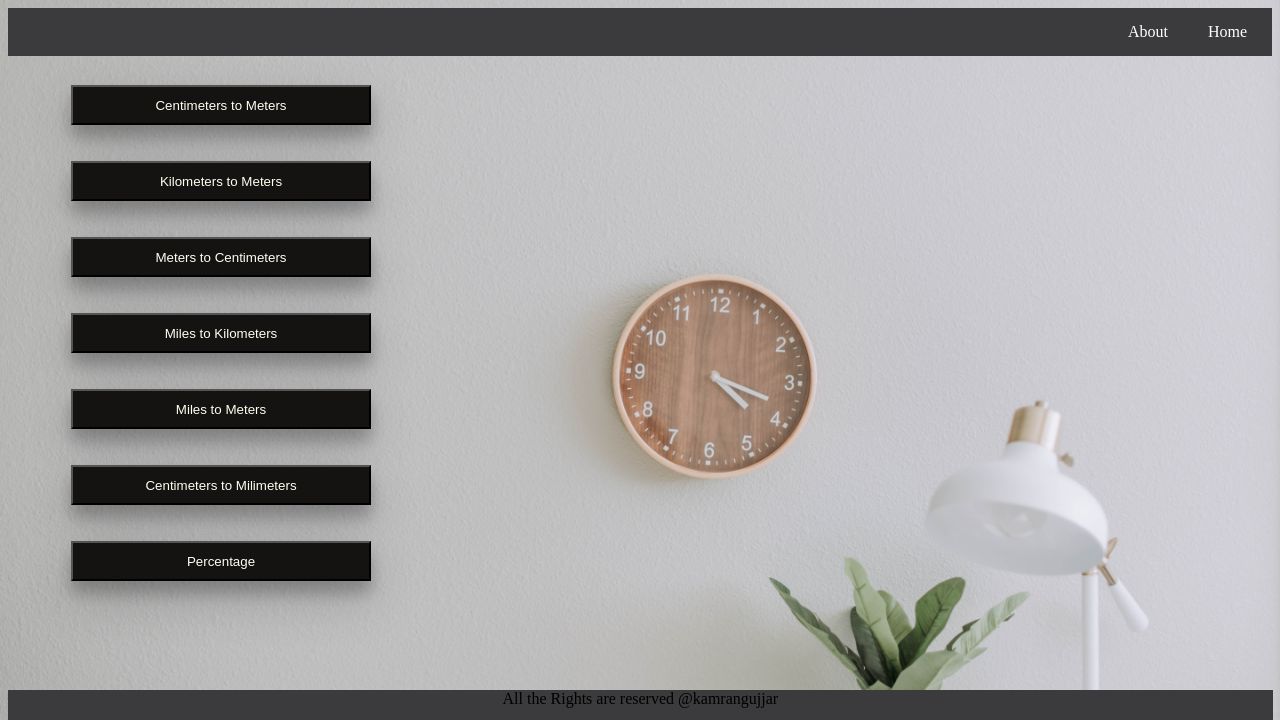
Repository: Kamrangujjar85112/Length-Converter
Page: html/home.html
The author's editor kept a copy of each file at every save. The page is drawn from the files as they stood at one save, then again after the next save.
The browser window is 1280 px wide. The pictures show the whole page.

Above is the page before, as saved 2022-01-21 05:34:19.

After the next save:
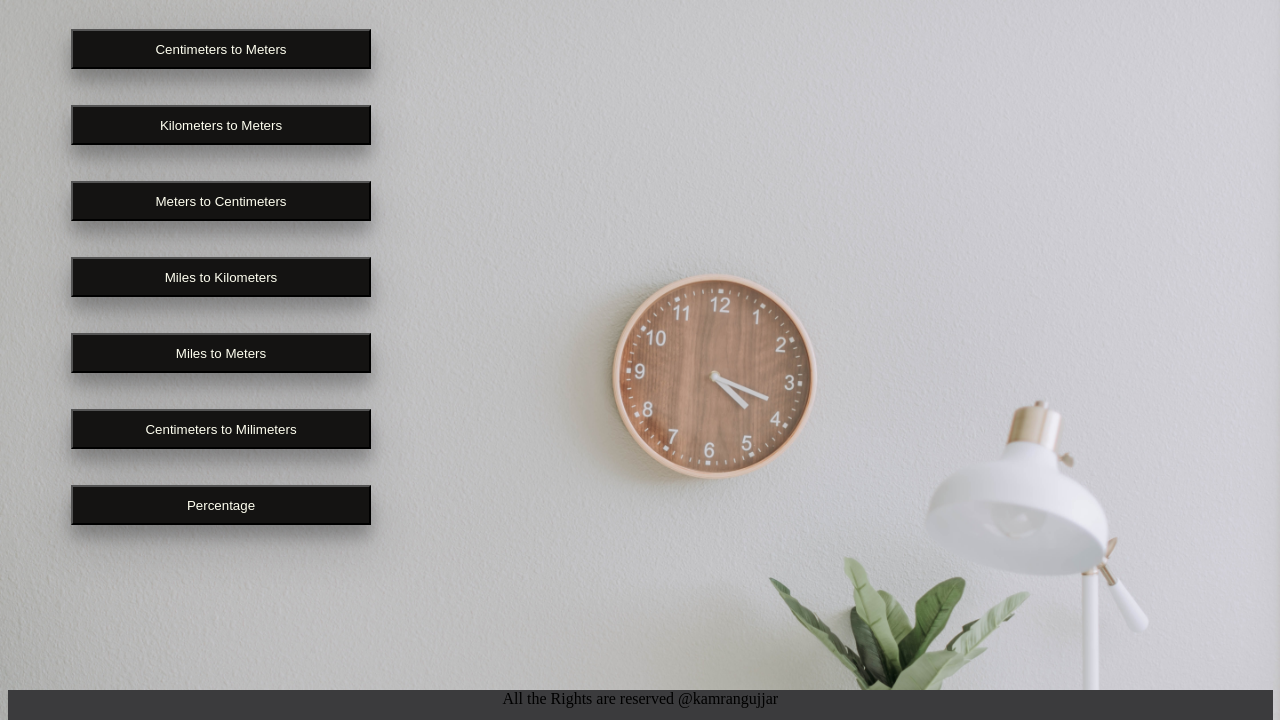
Saved 36 s later.
--- a/html/home.html
+++ b/html/home.html
@@ -12,14 +12,6 @@
 <body>
 
    <div class="container ">
-        <div class="header">
-            <nav>
-                <ul class="nav-ul">
-                    <li class="nav-li"><a href="home.html">Home</a></li>
-                    <li class="nav-li"><a href="about.html">About</a></li>
-                </ul>
-            </nav>
-        </div>
             <ul>
                 <li class="link">
                     <a href="cm_km.html"><button>Centimeters to Meters</button></a>

After the save that followed:
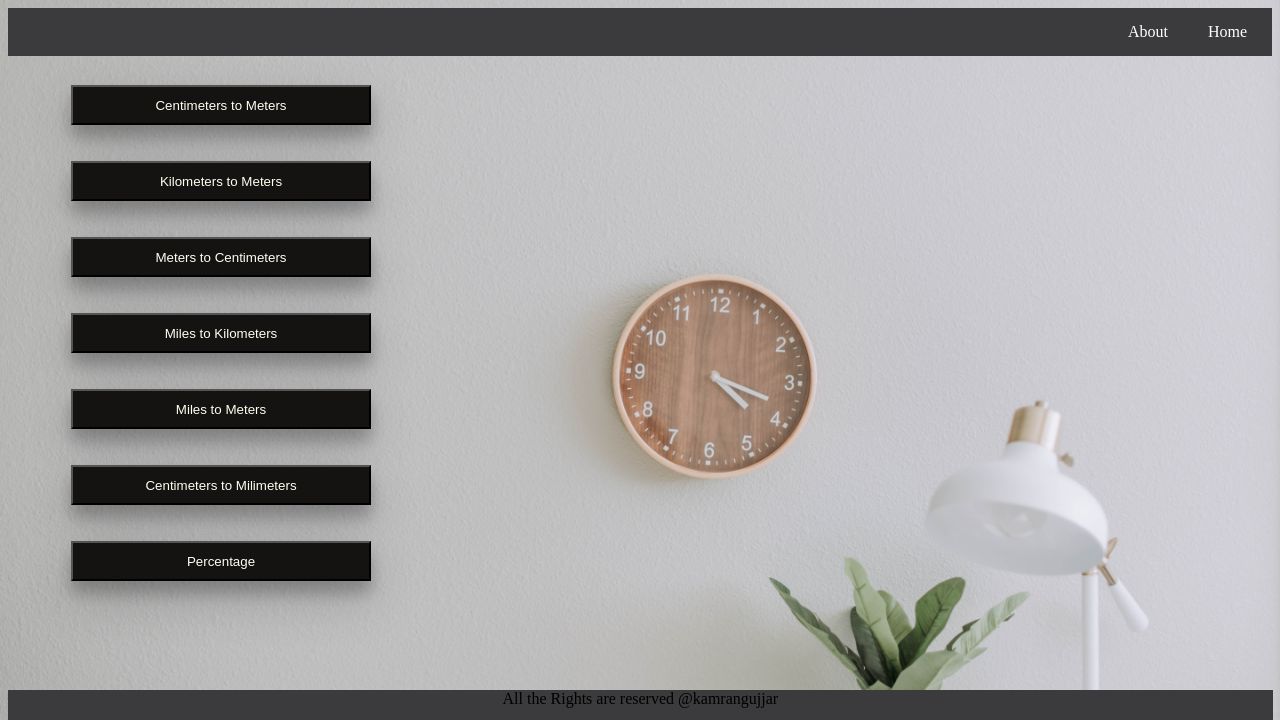
Saved 8 min 31 s later.
--- a/html/home.html
+++ b/html/home.html
@@ -12,6 +12,14 @@
 <body>
 
    <div class="container ">
+    <div class="header">
+        <nav>
+            <ul class="nav-ul">
+                <li class="nav-li"><a href="home.html">Home</a></li>
+                <li class="nav-li"><a href="about.html">About</a></li>
+            </ul>
+        </nav>
+    </div>
             <ul>
                 <li class="link">
                     <a href="cm_km.html"><button>Centimeters to Meters</button></a>
